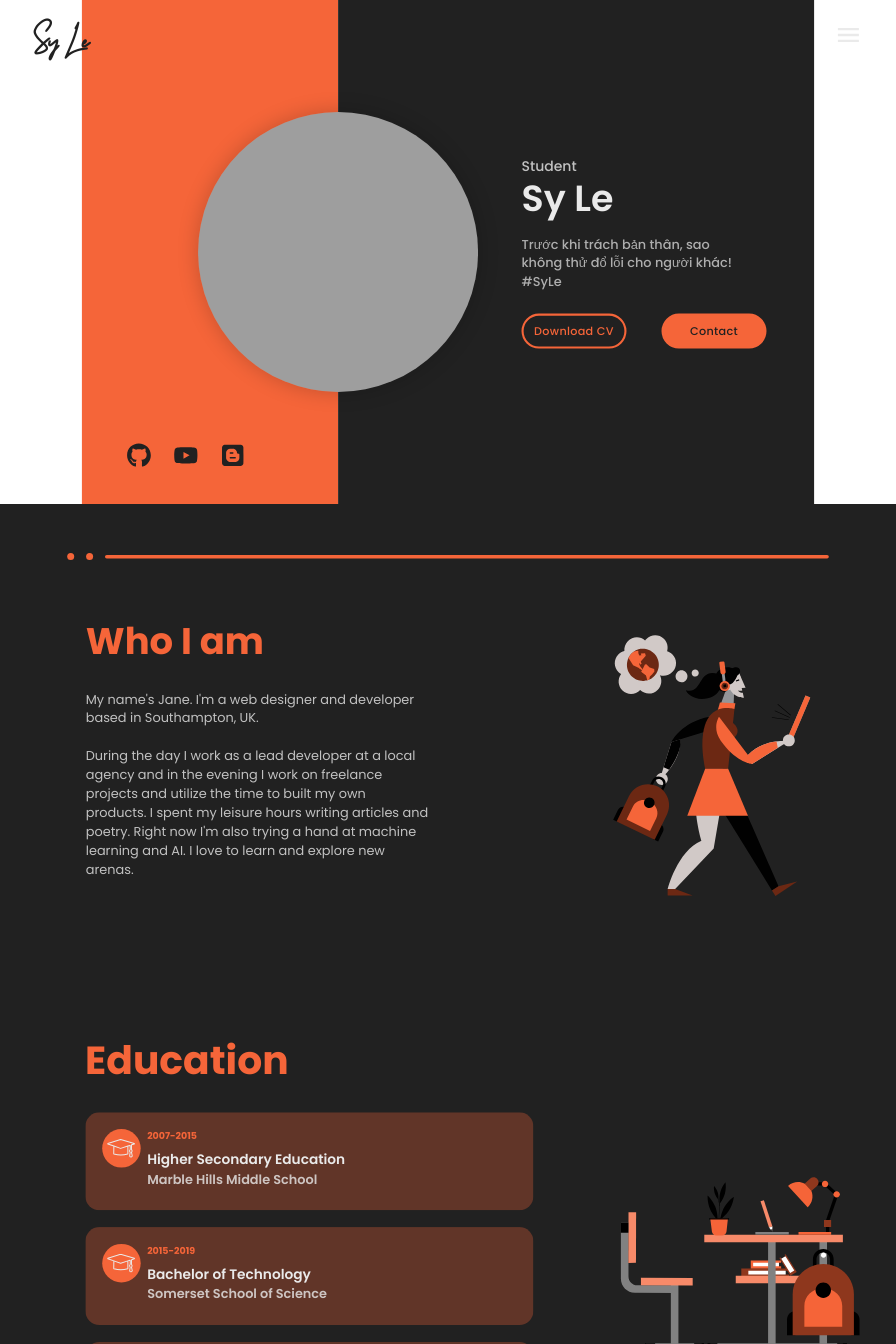
Repository: SyLe-Van/Webite_Subject
Page: / (app in Lab3/Homework/homework4/)
An editor plug-in stored every save of this project. The page is shown before and after the next save, followed by the edit.
The browser window is 1280 px wide. The pictures show the part of the page from y = 0 to 1920 px (the page is 7857 px tall), at 70% of full size.
Pictures or frames that could not be fetched are drawn as grey boxes. Some web fonts or font styles are not loaded; a fallback is used. The project was rebuilt for these pictures with package versions that can differ from the ones it lists, and the page was loaded fresh each time. Also part of the build but not shown: Lab3/Homework/homework4/src/pages/Blog/BlogPage.css, Lab3/Homework/homework4/src/pages/Blog/BlogPage.js, Lab3/Homework/homework4/src/pages/Project/ProjectPage.css, Lab3/Homework/homework4/src/pages/Project/ProjectPage.js. Imported but missing from the stored project, and not drawn on this page: Lab3/Homework/homework4/src/assets/pdf/resume.pdf.

Above is the page before, as saved 2023-12-01 15:55:09.

After the next save:
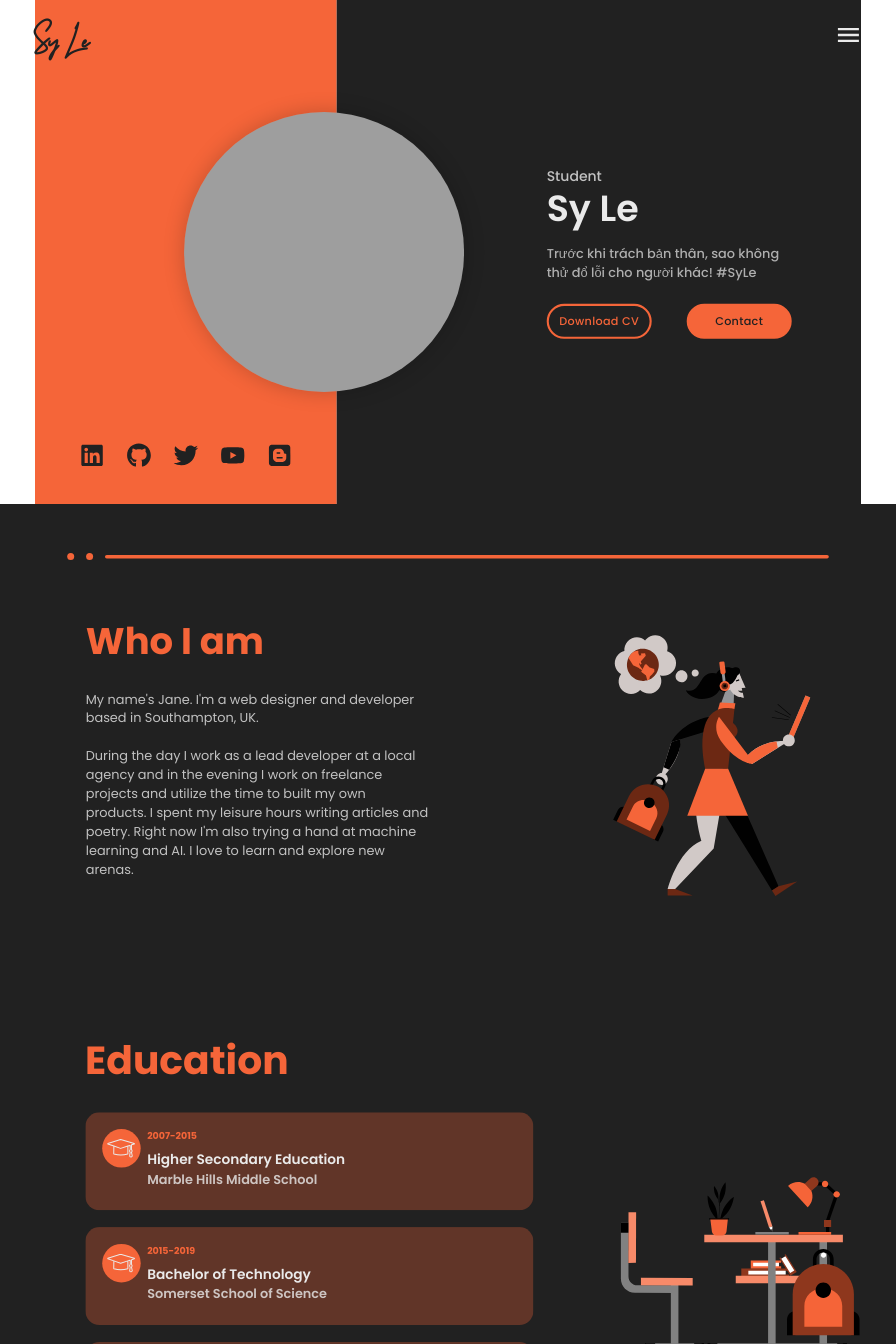
Saved 60 s later.
--- a/Lab3/Homework/homework4/src/components/Landing/Landing.js
+++ b/Lab3/Homework/homework4/src/components/Landing/Landing.js
@@ -75,7 +75,19 @@ function Landing() {
                     style={{ backgroundColor: theme.primary }}
                 >
                     <div className='lcl--content'>
-
+                        {socialsData.linkedIn && (
+                            <a
+                                href={socialsData.linkedIn}
+                                target='_blank'
+                                rel='noreferrer'
+                            >
+                                <FaLinkedin
+                                    className='landing--social'
+                                    style={{ color: theme.secondary }}
+                                    aria-label='LinkedIn'
+                                />
+                            </a>
+                        )}
                         {socialsData.github && (
                             <a
                                 href={socialsData.github}
@@ -89,7 +101,19 @@ function Landing() {
                                 />
                             </a>
                         )}
-
+                        {socialsData.twitter && (
+                            <a
+                                href={socialsData.twitter}
+                                target='_blank'
+                                rel='noreferrer'
+                            >
+                                <FaTwitter
+                                    className='landing--social'
+                                    style={{ color: theme.secondary }}
+                                    aria-label='Twitter'
+                                />
+                            </a>
+                        )}
                         {socialsData.youtube && (
                             <a
                                 href={socialsData.youtube}
